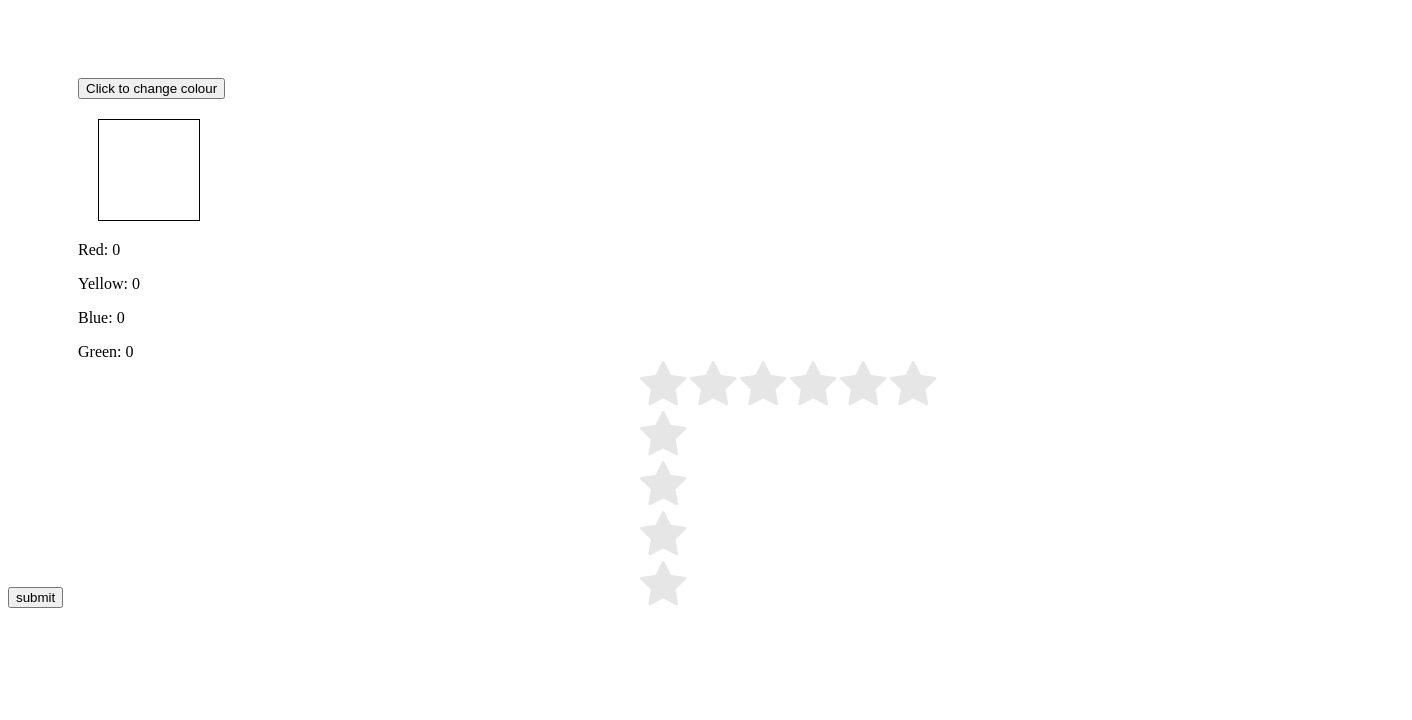
Repository: samalty/star-rating-system-js-test
Page: home.html
The author's editor kept a record of every edit. The page is drawn from the files as they stood at one moment, then again after the next edit.
The browser window is 1280 px wide. The page is 1412 px wide, so the pictures cover 1412 px, including what lies to the right of the window. The pictures show the whole page.

Above is the page before.

### home.html
<html>
    <head>
        <meta charset="utf-8">
        <title>Home</title>
        <link rel="stylesheet" href="styles.css">
        <link href="https://stackpath.bootstrapcdn.com/font-awesome/4.7.0/css/font-awesome.min.css" rel="stylesheet" integrity="sha384-wvfXpqpZZVQGK6TAh5PVlGOfQNHSoD2xbE+QkPxCAFlNEevoEH3Sl0sibVcOQVnN" crossorigin="anonymous">
        <script src="custom.js" charset="utf-8"></script>
    </head>
    <body>
        <div class="container">
            <button class="click" id="colour" onclick="colours()">Click to change colour</button>
            <div class="colourDiv" id="changeColour"></div>
            <div class="scores">
                <p>Red: <span id="redScore">0</span></p>
                <p>Yellow: <span id="yellowScore">0</span></p>
                <p>Blue: <span id="blueScore">0</span></p>
                <p>Green: <span id="greenScore">0</span></p>
            </div>
        </div>
        <div class="container">
            <form name="stars" class="starsForm" onsubmit="return overallRating()">
                <div class="starContainer">
                    <input type="radio" name="star" class="star" id="star5" value="5"><label for="star5">
                    </label>
                    <input type="radio" name="star" class="star" id="star4" value="4"><label for="star4">
                    </label>
                    <input type="radio" name="star" class="star" id="star3" value="3"><label for="star3">
                    </label>
                    <input type="radio" name="star" class="star" id="star2" value="2"><label for="star2">
                    </label>
                    <input type="radio" name="star" class="star" id="star1" value="1"><label for="star1">
                    </label>
                    </div>
                    <input type="radio" name="star" class="star" id="star5" value="5"><label for="star5">
                    </label>
                    <input type="radio" name="star" class="star" id="star4" value="4"><label for="star4">
                    </label>
                    <input type="radio" name="star" class="star" id="star3" value="3"><label for="star3">
                    </label>
                    <input type="radio" name="star" class="star" id="star2" value="2"><label for="star2">
                    </label>
                    <input type="radio" name="star" class="star" id="star1" value="1"><label for="star1">
                    </label>
                </div>
                <input type="submit" class="submit" value="submit">
            </form>
        </div>
    </body>
</html>

### styles.css
/* Random colour generator */

.container{
    width: 100%;
    padding: 70px;
}
.red{
    background-color: red;
}
.yellow{
    background-color: yellow;
}
.blue{
    background-color: blue;
}
.green{
    background-color: green;
}
.colourDiv{
    height: 100px;
    width: 100px;
    border: solid 1px black;
    margin: 20px;
}

/* Star1 */

.starsForm{
    position: absolute;
    top: 50%;
    left: 50%;
    display: flex;
}
.fundingStarContainer{
    display: flex;
    margin: 0;
    transform: translate(-50%, -50%) rotateY(180deg);
    border: 1px solid black;
}
.star{
    display: none;
}

.starsForm label{
    display: block;
    cursor: pointer;
    width: 50px;
}
.starsForm label:before{
    content: '\f005';
    font-family: fontAwesome;
    position: relative;
    display: block;
    font-size: 50px;
    color: #e6e6e6;
}
.starsForm label:after{
    content: '\f005';
    font-family: fontAwesome;
    position: absolute;
    display: block;
    font-size: 50px;
    color: #ffd11a;
    top: 0;
    opacity: 0;
    transition: .5s;
    text-shadow: 0 2px 5px rgba(0,0,0,.5);
}
.starsForm label:hover:after,
.starsForm label:hover ~ label:after,
.starsForm input:checked ~ label:after{
    opacity: 1;
}

/* Star2 */

.con{
    height: 60px;
    width: 330px;
    position: absolute;
    margin: auto;
    left: 0;
    right: 0;
    top: 0;
    bottom: 0;
}

.fa-star{
    font-size: 200px;
    color: #e6e6e6;
    cursor: pointer;
}

### custom.js
var redCount = 0;
var yellowCount = 0;
var blueCount = 0;
var greenCount = 0;

const redScoreCount = document.getElementById('redScore');
const yellowScoreCount = document.getElementById('yellowScore');
const blueScoreCount = document.getElementById('blueScore');
const greenScoreCount = document.getElementById('greenScore');

const colour_button = document.getElementById('colour');

function colours(red, yellow, blue, green){

    var background = document.getElementById('changeColour');
    var number = Math.floor(Math.random() * 4);
    console.log(number);

    if (number == 0) {
        redCount++;
        document.getElementById("redScore").innerHTML = redCount;
        background.classList.remove('yellow', 'blue', 'green');
        background.classList.add('red');
    }
    if (number == 1) {
        yellowCount++;
        document.getElementById("yellowScore").innerHTML = yellowCount;
        background.classList.remove('red', 'blue', 'green');
        background.classList.add('yellow');
    }
    if (number == 2) {
        blueCount++;
        document.getElementById("blueScore").innerHTML = blueCount;
        background.classList.remove('red', 'yellow', 'green');
        background.classList.add('blue');
    }
    if (number == 3) {
        greenCount++;
        document.getElementById("greenScore").innerHTML = greenCount;
        background.classList.remove('red', 'yellow', 'blue');
        background.classList.add('green');
    }

}

function overallRating(){
    var x = document.forms["stars"]["fundingStar"].value;
    var y = document.forms["stars"]["mentoringStar"].value;
    var z = document.forms["stars"]["otherStar"].value;
    var o = ((x + y + z) / 3);
    console.log("You have given X a rating of " + x + " for funding.");
    console.log("You have given X a rating of " + y + " for mentoring.");
    console.log("You have given X a rating of " + z + " for other.");
}

After the next edit:
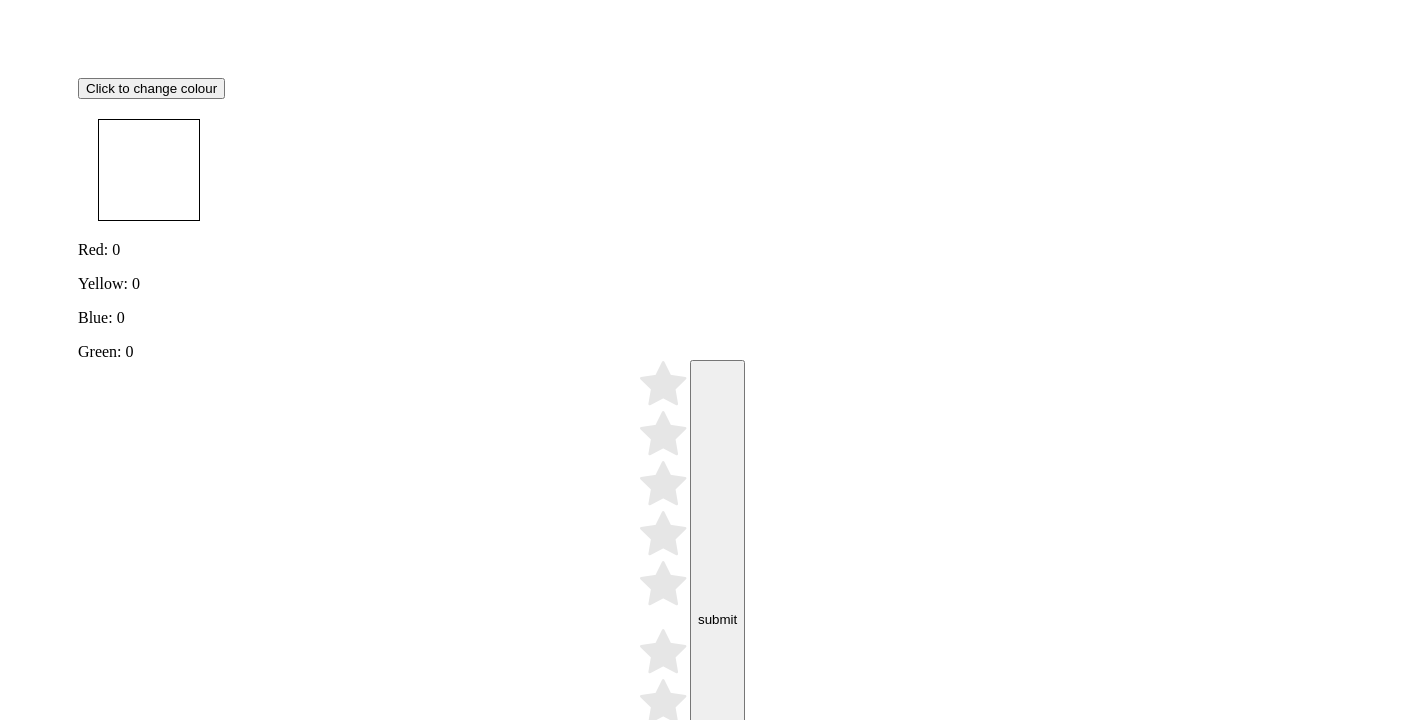
The edit:
--- a/home.html
+++ b/home.html
@@ -30,7 +30,7 @@
                     </label>
                     <input type="radio" name="star" class="star" id="star1" value="1"><label for="star1">
                     </label>
-                    </div>
+                    <br>
                     <input type="radio" name="star" class="star" id="star5" value="5"><label for="star5">
                     </label>
                     <input type="radio" name="star" class="star" id="star4" value="4"><label for="star4">
